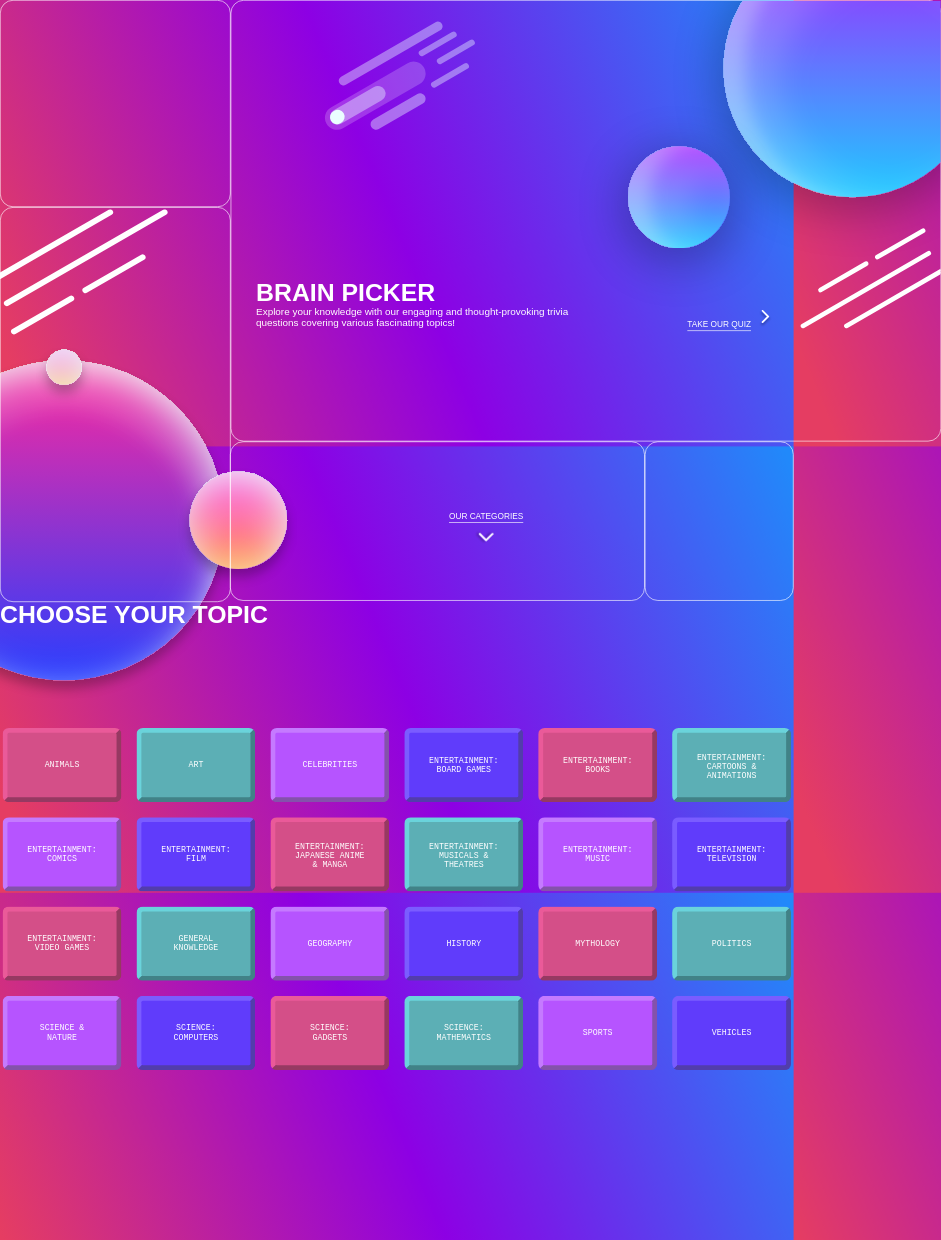
Repository: pjiang604/COMP-2170_Final-Project
Page: index.html
An editor plug-in stored every save of this project. The page is shown before and after the next save, followed by the edit.
The browser window is 1280 px wide. The page is 1518 px wide, so the pictures cover 1518 px, including what lies to the right of the window. The pictures show the whole page, at 62% of full size.
Backgrounds fixed to the window are drawn as part of the page.

Above is the page before, as saved 2023-04-30 13:30:21.

### index.html
<!DOCTYPE html>
<html lang="en">
  <head>
    <meta charset="UTF-8">
    <meta http-equiv="X-UA-Compatible" content="IE=edge">
    <meta name="viewport" content="width=device-width, initial-scale=1.0">
    <link rel="stylesheet" href="style.css">
    <title> Brain Picker </title>
    <script src="/easy.js"></script>
    <script src="/medium.js"></script>
    <script src="/hard.js"></script>
  </head>
  <body>
    <div class="container">
      <div class="graphic__left">
        <img class="bottom__left_sphere" src="/Assets/bg_graphics/bottom_left_sphere_group.svg" alt="">
        <img class="left__shooting_star" src="/Assets/bg_graphics/shooting_star_left.svg" alt="">
      </div>
      <div class="left__containers">
        <div class="left__container_top"></div>
        <div class="left__container_bottom"></div>
      </div>
      <div class="quiz__container">
        <div class="left__content">
          <h1> BRAIN PICKER </h1>
          <p> Explore your knowledge with our engaging and thought-provoking trivia questions covering various fascinating topics! </p>
        </div>
        <div class="right__content">
          <div class="graphics">
            <img class="shooting__star_top" src="/Assets/bg_graphics/shooting_star_alt.svg" alt="">
            <img class="top__right_sphere" src="/Assets/bg_graphics/top_right_sphere_group.svg" alt="">
            <img class="star__right" src="/Assets/bg_graphics/shooting_star_right.svg" alt="">
          </div>
          <div class="quiz__button">
            <a href="#">
              <button class="take__quiz_button"> TAKE OUR QUIZ </button>
              <img class="quiz__arrow" src="/Assets/buttons/arrow-head.svg" alt="">
            </a>
          </div>
        </div>
      </div>
    </div>
    <div class="bottom__containers">
      <div class="bottom__container_left">
        <a href="#">
          <button class="categories__button"> OUR CATEGORIES </button>
        </a>
        <img class="categories__arrow" src="/Assets/buttons/arrow-head.svg" alt="" width="30px">
      </div>
      <div class="bottom__container_right"></div>
    </div>

    <div class="categories__section">
      <h1 class="topics_header">CHOOSE YOUR TOPIC</h1>

      <div class="categories_container">
        <button class='topic_button1' id="animals">animals</button>
        <button class='topic_button2' id="art">art</button>
        <button class='topic_button3' id="celebrities">celebrities</button>
        <button class='topic_button4' id="board_games">entertainment: board games</button>
        <button class='topic_button1' id="books">entertainment: books</button>
        <button class='topic_button2' id="cartoons_animations">entertainment: cartoons & animations</button>
        <button class='topic_button3' id="comics">entertainment: comics</button>
        <button class='topic_button4' id="film">entertainment: film</button>
        <button class='topic_button1' id="japanese_anime">entertainment: japanese anime & manga</button>
        <button class='topic_button2' id="musicals_theatre">entertainment: musicals & theatres</button>
        <button class='topic_button3' id="music">entertainment: music</button>
        <button class='topic_button4' id="television">entertainment: television</button>
        <button class='topic_button1' id="video_games">entertainment: video games</button>
        <button class='topic_button2' id="general_knwoledge">general knowledge</button>
        <button class='topic_button3' id="geography">geography</button>
        <button class='topic_button4' id="history">history</button>
        <button class='topic_button1' id="mythology">mythology</button>
        <button class='topic_button2' id="politics">politics</button>
        <button class='topic_button3' id="science_nature">science & nature</button>
        <button class='topic_button4' id="computers">science: computers</button>
        <button class='topic_button1' id="gadgets">science: gadgets </button>
        <button class='topic_button2' id="mathematics">science: mathematics</button>
        <button class='topic_button3' id="sports">sports</button>
        <button class='topic_button4' id="vehicles">vehicles</button>
      </div>
    </div>

  </body>
</html>

### style.css
:root {
	--primary-font: Arial, Helvetica, sans-serif;
	--secondary-font: 'Courier New', Courier, monospace;
	--font-weight-general: normal;
	--font-weight-light: 100;
	--font-weight-bold: bold;
	--font-size-body: 12pt;
	--font-size-heading: 30pt;
	--font-size-sub-heading: 22pt;

	--white: #fff;
	--black: #000000;
	--crimson: #d44f88;
	--crimson-2:#ea5a99;
	--teal:#5CAFB5;
	--teal-2:#6ad3db;
	--indigo:#603CFB;
	--indigo-2:#7a5cff;
	--purple: #B654FF;
	--purple-2:#c57aff;
}

h1 {
	font-size: var(--font-size-heading);
	font-weight: var(--font-weight-bold);
	font-family: var(--primary-font);
}

h2 {
	font-size: var(--font-size-sub-heading);
	font-weight: var(--font-weight-bold);
	font-family: var(--primary-font);
}

p {
	font-size: var(--font-size-body);
	font-weight: var(--font-weight-general);
	font-family: var(--primary-font);
}

* {
	margin: 0;
}

body {
	/* Linear gradient bg */
	background: linear-gradient(247.38deg, #2189FA 0.96%, #8D00E4 50.19%, #E53D62 95.42%);
	min-height: 2000px;
	background-attachment: fixed;
	background-position: center;
	background-repeat: no-repeat;
	background-size: cover;
	max-width: 100%;
}

/**Main container**/
.container {
	display: flex;
}

.bottom__left_sphere {
	position: absolute;
	width: 30rem;
	top: 35rem;
	z-index: -1;
}

.left__shooting_star {
	width: 17rem;
	position: absolute;
	top: 21rem;
}

/**Left containers**/
.left__container_top {
	box-sizing: border-box;
	display: flex;
	width: 372px;
	height: 334px;
	border: 0.25px solid #FFFFFF;
	border-radius: 21px;
}

.left__container_bottom {
	box-sizing: border-box;
	display: flex;
	width: 372px;
	height: 637px;
	border: 0.25px solid #FFFFFF;
	border-radius: 21px;
}

/**Bottom containers**/
.bottom__containers {
	display: flex;
	margin-top: -16.2rem;
	/* justify-content: end; */
	padding-left: 23.2rem;
}

.bottom__container_left {
	box-sizing: border-box;
	display: flex;
	width: 52.8rem;
	height: 257px;
	border: 0.25px solid #FFFFFF;
	border-radius: 21px;
}

.bottom__container_right {
	box-sizing: border-box;
	display: flex;
	width: 303px;
	height: 257px;
	border: 0.25px solid #FFFFFF;
	border-radius: 21px;
}

/**Quiz Section**/
.quiz__container {
	box-sizing: border-box;
	display: flex;
	width: 71.6rem;
	height: 44.5rem;
	border: 0.15px solid #FFFFFF;
	border-radius: 21px;
}

.shooting__star_top {
	position: absolute;
	right: 32rem;
	top: 2rem;
}

.top__right_sphere {
	display: flex;
	justify-content: end;
}

.star__right {
	display: flex;
	position: relative;
	float: right;
	bottom: 8rem;
}

.left__content {
	color: var(--white);
	width: 40rem;
	padding-left: 2.5rem;
	padding-top: 28rem;
}

.take__quiz_button {
	border: none;
	text-decoration: underline;
	text-underline-offset: 5px;
	color: var(--white);
	background: none;
	padding-left: 11rem;
	cursor: pointer;
}

.quiz__button>a {
	text-decoration: none;
}


.categories__button {
	border: none;
	text-decoration: underline;
	text-underline-offset: 5px;
	color: var(--white);
	background: none;
	padding-left: 22rem;
	padding-top: 7rem;
	cursor: pointer;
}

.categories__arrow {
	rotate: 90deg;
	margin-top: 2.5rem;
	position: absolute;
	left: 48rem;
	top: 50.5rem;
}

.bottom__container_left>a {
	text-decoration: none;
}


/** Topics Section **/
.topics_header{
	color: var(--white);
}

.categories_container{
	font-family: var(--secondary-font);
	display: grid;
	grid-template-columns: 12rem 12rem 12rem 12rem 12rem 12rem;
	gap: 1.5rem;
	align-items: center;
	justify-content: center;
	padding-top: 10rem;
}

.topic_button1{
	font-family: var(--secondary-font);
	border-width: .5rem;
	height: 7.5rem;
    color: var(--white);
    border-radius: 0.656rem;
    background-color: var(--crimson);
    border-color: var(--crimson-2);
	padding: 2rem;
	text-transform: uppercase;

}

.topic_button2{
	font-family: var(--secondary-font);
	background-color: var(--teal);
	height: 7.5rem;
	color: var(--white);
	border-radius: 0.656rem;
	border-color: var(--teal-2);
	border-width: .5rem;
	text-transform: uppercase;
	padding: 2rem;
}
.topic_button3{
	font-family: var(--secondary-font);
	background-color:var(--purple);
	height: 7.5rem;
	color: var(--white);
	border-radius: 0.656rem;
	border-color:var(--purple-2);
	border-width: .5rem;
	text-transform: uppercase;
	padding: 2rem;
}
.topic_button4{
	font-family: var(--secondary-font);
	background-color:var(--indigo);
	height: 7.5rem;
	color: var(--white);
	border-radius: 0.656rem;
	border-color: var(--indigo-2);
	border-width: .5rem;
	text-transform: uppercase;
	padding: 2rem;
}

Loaded but not shown: easy.js (no stored copy; drawn as an empty file); medium.js (no stored copy; drawn as an empty file); hard.js (no stored copy; drawn as an empty file)

After the next save:
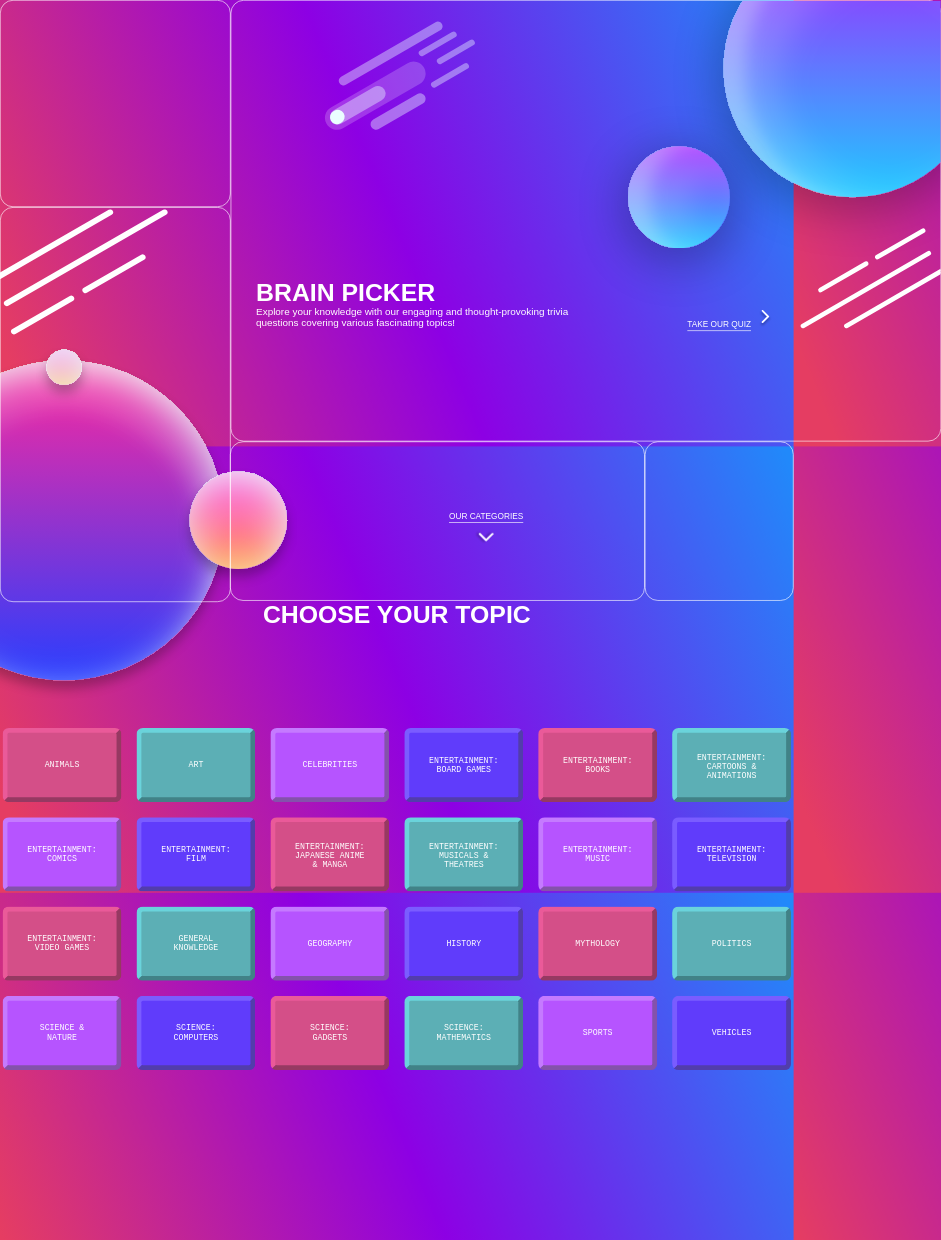
Saved 53 s later.
--- a/style.css
+++ b/style.css
@@ -191,6 +191,12 @@ body {
 
 
 /** Topics Section **/
+.categories__section{
+	display: flex;
+	flex-direction: column;
+	align-items: center;
+	justify-content: center;
+}
 .topics_header{
 	color: var(--white);
 }
